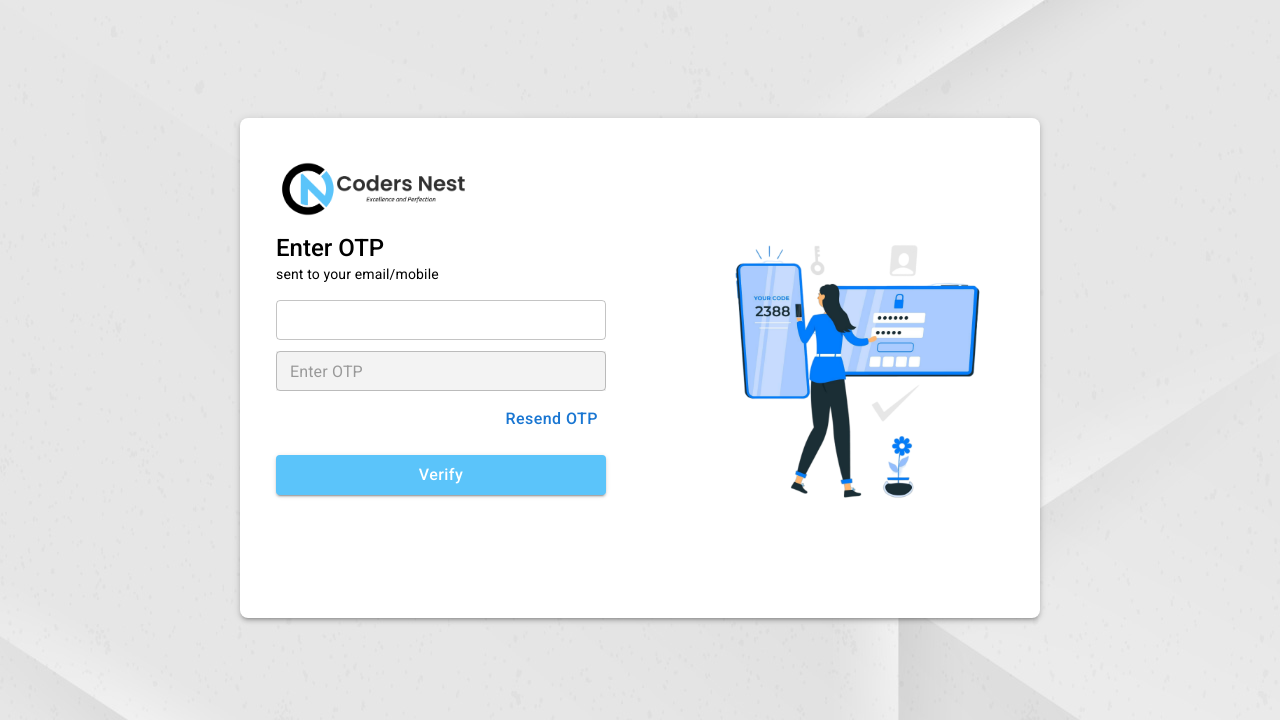
Repository: wajahadalishaik04/CN_Books
Page: /otpscreen
An editor plug-in stored every save of this project. The page is shown before and after the next save, followed by the edit.
The browser window is 1280 px wide. The pictures show the whole page.
The project was rebuilt for these pictures with package versions that can differ from the ones it lists, and the page was loaded fresh each time. Also part of the build but not shown: vite.config.js, src/pages/LoginScreen.jsx, src/pages/Signin.jsx, src/pages/SignUp.jsx, src/pages/VerifyScreen.jsx, src/components/Header.jsx, src/components/SideBar.jsx, src/components/Content.jsx and 7 more.

Above is the page before, as saved 2024-09-30 14:35:20.

After the next save:
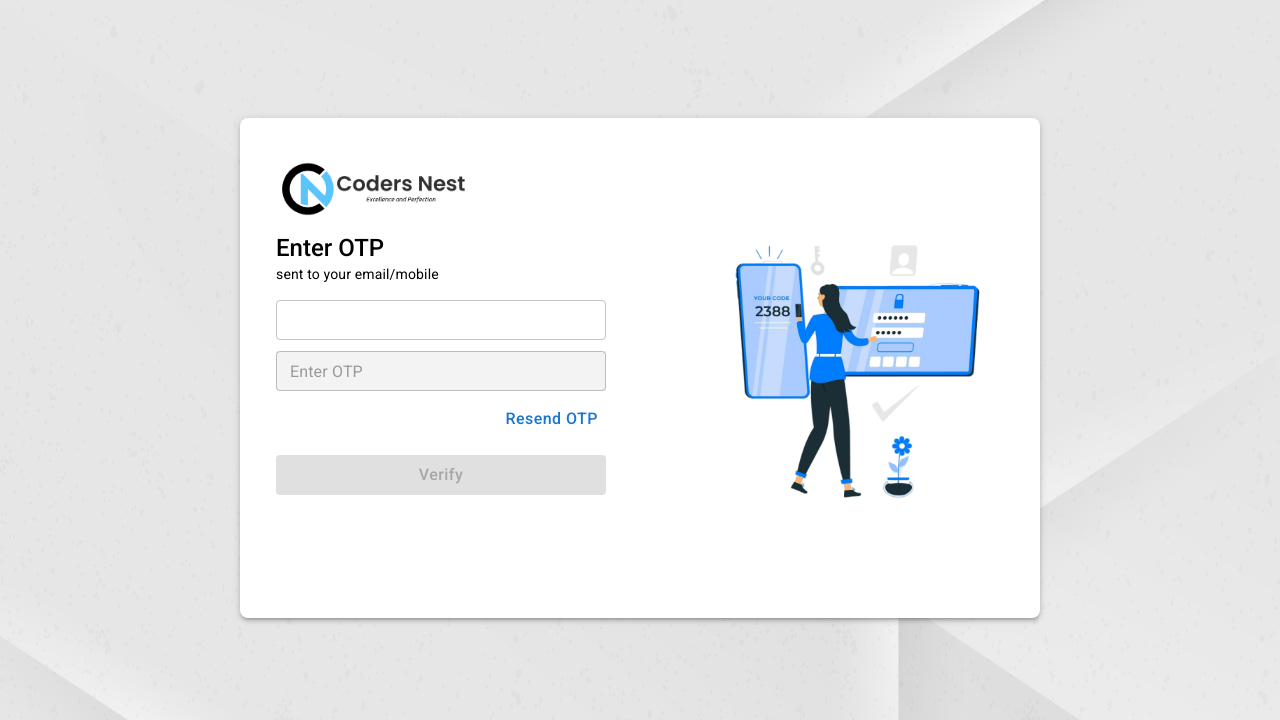
Saved 2 min 29 s later.
--- a/src/pages/OtpScreen.jsx
+++ b/src/pages/OtpScreen.jsx
@@ -81,6 +81,9 @@ const OtpScreen = () => {
       setError("Invalid OTP. Please try again.");
     }
   };
+
+  // Check if the OTP input is filled (6 characters long)
+  const isOtpFilled = otp.length === 6;
 
   return (
     <Box
@@ -152,17 +155,18 @@ const OtpScreen = () => {
               </ResendOtp>
             </Box>
 
-            {/* Verify Button: Always Enabled */}
+            {/* Verify Button, enabled only when OTP is filled */}
             <Button
               onClick={handleSubmit}
               variant="contained"
               fullWidth
               sx={{
-                backgroundColor: "#5BC4FA",
+                backgroundColor: isOtpFilled ? "#5BC4FA" : "#E0E0E0",
                 mt: 2,
                 textTransform: "none",
                 fontSize: "1rem",
               }}
+              disabled={!isOtpFilled} // Disable button until OTP is filled
             >
               Verify
             </Button>
